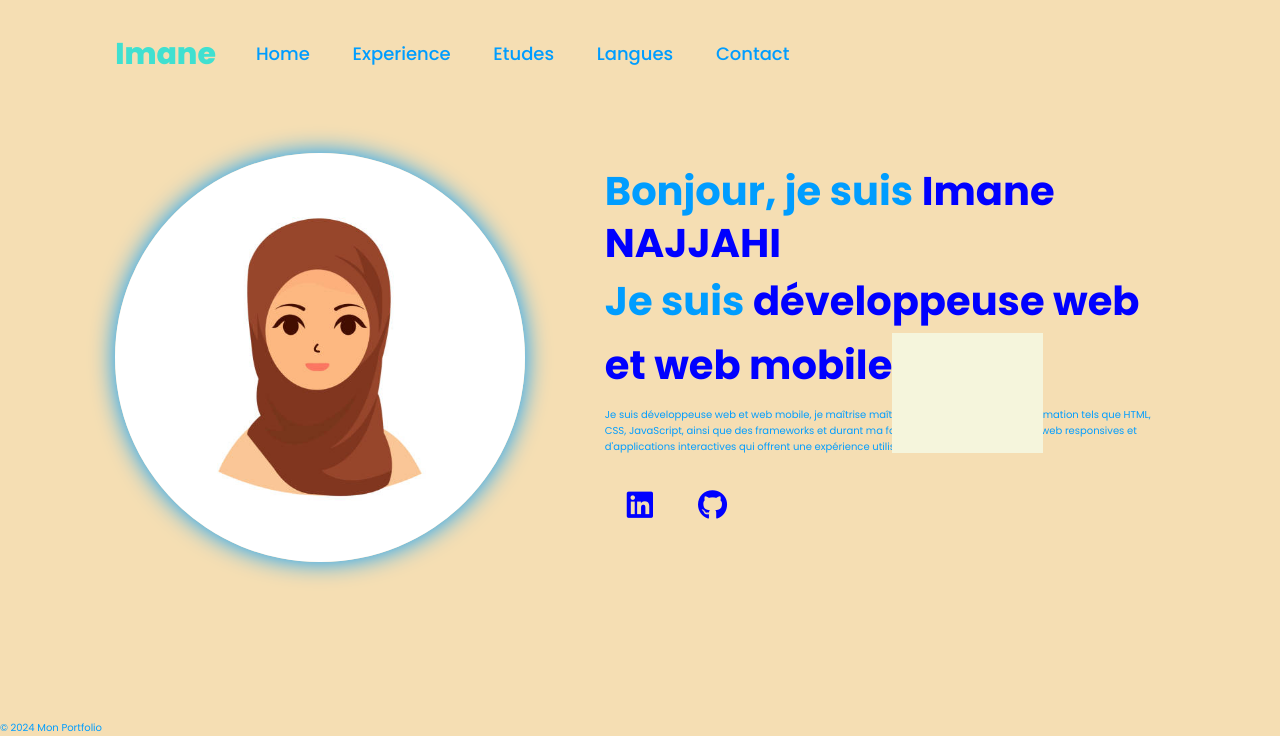
Repository: Najjahi/10mentions_web_back
Page: 02_PHP/portefolio/apropos.html
An editor plug-in stored every save of this project. The page is shown before and after a run of saves, followed by the edit.
The browser window is 1280 px wide. The pictures show the whole page.
Some web fonts or font styles are not loaded; a fallback is used. Some web libraries are served in a nearby version.

Above is the page before, as saved 2024-12-03 10:45:57.

### 02_PHP/portefolio/apropos.html
<!DOCTYPE html>
<html lang="fr">
<head>
    <meta charset="UTF-8">
    <meta name="viewport" content="width=device-width, initial-scale=1.0">
    <link rel="stylesheet" href=" @import url('https://fonts.googleapis.com/css2?family=Poller+One&family=Poppins:ital,wght@0,100;0,200;0,300;0,400;0,500;0,600;0,700;0,800;0,900;1,100;1,200;1,300;1,400;1,500;1,600;1,700;1,800;1,900&display=swap');
        ">
    <title>Mon Portfolio</title>
    <link rel="stylesheet" href="css/style.css">
</head>
<body>
    <header>
        <a href="#" class="logo">Imane</a>

        <nav>
            <a href="#" class="active">Home</a>
            <a href="#">Experience</a>
            <a href="#">Etudes</a>
            <a href="#">Langues</a>
            <a href="#">Contact</a>
        </nav>
    </header>

    <section class="home">
        <div class="home-img">
            <img src="img/imane.jpg" alt="">
        </div>
        <div class="home-content">
            <h1>Bonjour, je suis <span>Imane NAJJAHI</span></h1>
            <h3 class="typing-text"> Je suis <span> développeuse web et web mobile </span></h3>
            <p> Je suis développeuse web et web mobile, je maîtrise  maîtriser les langages de programmation tels que HTML, CSS, JavaScript, ainsi que des frameworks et durant ma formation, j'ai pu créer de sites web responsives et d'applications interactives qui offrent une expérience utilisateur fluide et engageante.<p>
                <div class="social-icons">
                    <a href="#"> <i class="fa-brands fa-linkedin"></i></a>
                    <a href="#"> <i class="fa-brands fa-github"></i></a>


                </div>
        </div>

    </section>




    <footer>
        <script src="https://kit.fontawesome.com/3fc7a9accd.js" crossorigin="anonymous"></script>
        <p>&copy; 2024 Mon Portfolio</p>
    </footer>
</body>
</html>

### 02_PHP/portefolio/css/style.css
@import url('https://fonts.googleapis.com/css2?family=Poller+One&family=Poppins:ital,wght@0,100;0,200;0,300;0,400;0,500;0,600;0,700;0,800;0,900;1,100;1,200;1,300;1,400;1,500;1,600;1,700;1,800;1,900&display=swap');

*{
    margin: 0;
    padding: 0;
    box-sizing: border-box;
    text-decoration: none;
    border: none;
    outline: none;
    font-family: 'Poppins', sans-serif;
}

html{
    font-size: 62.5%;
}

body{
    width: 100%;
    height: 100vh;
    overflow-x: hidden;
    background-color: wheat;
    color: rgb(0, 157, 255);
    line-height: 1.6;
}

header{
    margin-top: 20px;
    position: fixed;
    top: 0;
    left: 0;
    width: 100;
    padding: 1rem 9%;
    background-color: transparent;
    filter: drop-shadow(10px);
    display: flex;
    justify-content: space-between;
    align-items: center;
    z-index: 100;
    text-align: center;
}

.logo{
    font-size: 3rem;
    color: turquoise;
    font-weight: 800;
    cursor: pointer;
    transition: 0.5s ease;
}

.logo:hover{
    transform: scale(1.1);

}


nav a {
    font-size: 1.8rem;
    color: rgb(0, 157, 255);
    margin-left: 4rem;
    font-weight: 500;
    transition: 0.3s ease;
    border-bottom: 3px solid transparent;

}

nav a:hover,
nav a:active{
    color: turquoise;
    border-bottom: 3px solid turquoise;
}

@media(max-width:995px) {
    nav{
        position: absolute;
        top: 100%;
        right: 0;
        width: 40%;
        border-left: 3px solid turquoise;
        border-bottom: 3px solid turquoise;
        border-bottom-right-radius: 2rem;
        padding: 1rem solid;
        background-color: wheat;
        border-top: 0.1rem solid rgba(0, 0, 0, 0.1);

    }

    nav:active {
        display: block;
    }

    nav a {
        display: block;
        font-size: 2rem;
        margin: 3rem 0;
    }

    nav a:hover,
    nav a:active {
        padding: 1rem;
        border-radius: 0.5rem;
        border-bottom: 0.5rem solid turquoise;

    }
    }
    section {
        min-height: 100vh;
        padding: 5rem 9% 5rem;

    }

    .home {
        display: flex;
        justify-content: center;
        align-items: center;
        gap: 8rem;
        background-color: wheat;
    }
    .home-content h3 {
        font-size: 4rem;
        margin-bottom: 1rem;
        font-weight: 700;
    }
    .home .home-content h1 {
        font-size: 4rem;
        font-weight: 700;
        line-height: 1.3;
    }

    span{
        color: blue;
    }

    .home .home-content h3 {
        font-size: 4rem;
        font-weight: 700;
        margin-bottom: 1rem;
    }


    .home-img {
        border-radius: 50%;
    }
    .home-img img{
        position: relative;
        width: 32vw;
        border-radius: 50%;
        box-shadow: 0 0 25px;
        cursor: pointer;
        transition: 0.2s linear;

    }
    .home-img img-hover {
        font-size: 1.8rem;
        font-weight: 500;
    }

    .social-icons a{
        display: inline-flex;
        justify-content: center;
        align-items: center;
        width: 4rem;
        height: 4rem;
        background-color: transparent;
        border: 0.2rem;
        font-size: 3rem;
        border-radius: 50%;
        margin: 3rem 1.5rem 3rem;
        transition: 0.3s ease;
        color: blue;
    }
    .social-icons a:hover{
        color: wheat;
        transform: scale(1.3) translateY(-5px) ;
        background-color:  rgb(0, 157, 255);
        box-shadow: 0 0 25px aqua;
    }

    .btn{
        display: inline-block;
        padding: 1rem 2.8rem;
        background-color: beige;
        border-radius: 4rem;
        font-size: 1.6rem;
        color: aqua;
        letter-spacing: 0.3rem;
        font-weight: 600;
        border: 2px solid aqua;
        transition: 0.3s ease;
        cursor: pointer;
    }

    .btn:hover{
        transform: scale3d(1.03);
        background-color: blue;
        color: beige;
        box-shadow: 0 0 25px aqua;
    }
    .typing-text{
        font-size: 34px;
        font-weight: 600;
        min-width: 280px;
    }

    .typing-text span{
        position: relative;
    }

    .typing-text span::before{
        content: "Developpeuse Web et Web mobile";
        color: sandybrown;
        animation: words 20s infinite;
    }
    .typing-text span::after{
        content: "";
        background-color: beige;
        position: absolute;
        width: calc(100% + 8px);
        height: 100%;
        border-left: 3px solid beige;
        right: -8;
        animation: cursor 0.6s infinite
    }
    @keyframes cursor {
        to{
            border-left: 3px solid beige;
        }
    }
    @keyframes words {
        0%, 20%{
            content:"Developpeuse Web et Web mobile";
        }
        21%, 40%{
            content: "";

        }

    }

After the next 2 saves:
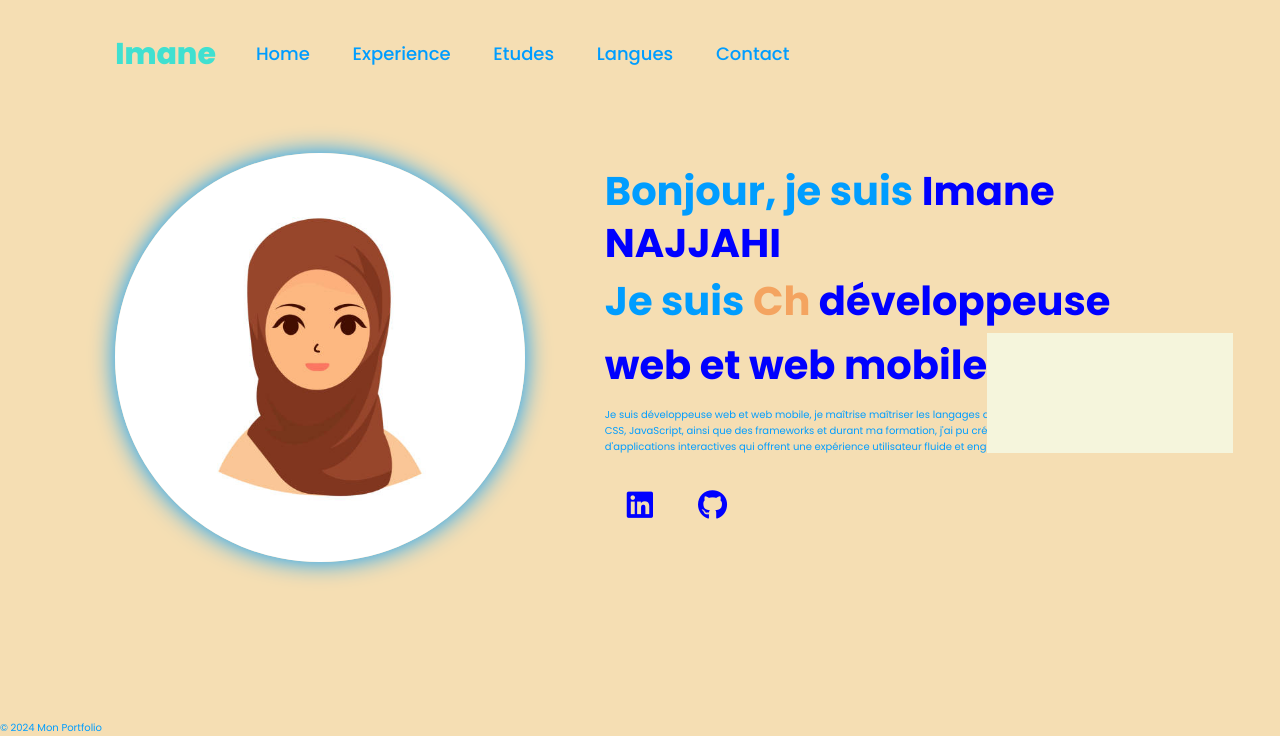
The 2 saves are shown as one change because they came seconds apart.
The last was saved 40 s later.
--- a/02_PHP/portefolio/css/style.css
+++ b/02_PHP/portefolio/css/style.css
@@ -230,7 +230,7 @@ nav a:active{
             content:"Developpeuse Web et Web mobile";
         }
         21%, 40%{
-            content: "";
+            content: "Ch";
 
         }
 
